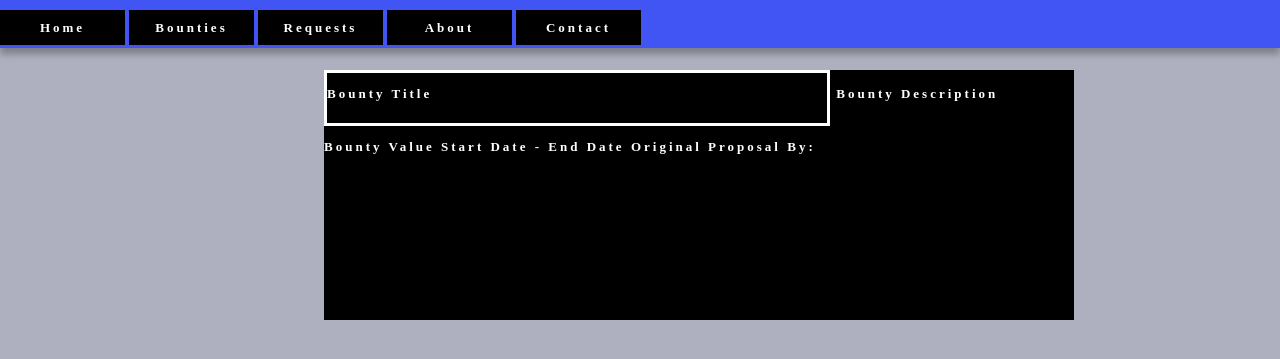
Repository: mailog/Tomorrow
Page: http://localhost/bounties
The author's editor kept a copy of each file at every save. The page is drawn from the files as they stood at one save, then again after the next save.
The browser window is 1280 px wide. The pictures show the whole page.
The page is this project's Thymeleaf template; nobody is signed in. The template is opened directly, without the code that normally fills it, so the values that code supplies are empty.

Above is the page before, as saved 2017-07-27 03:50:51.

After the next save:
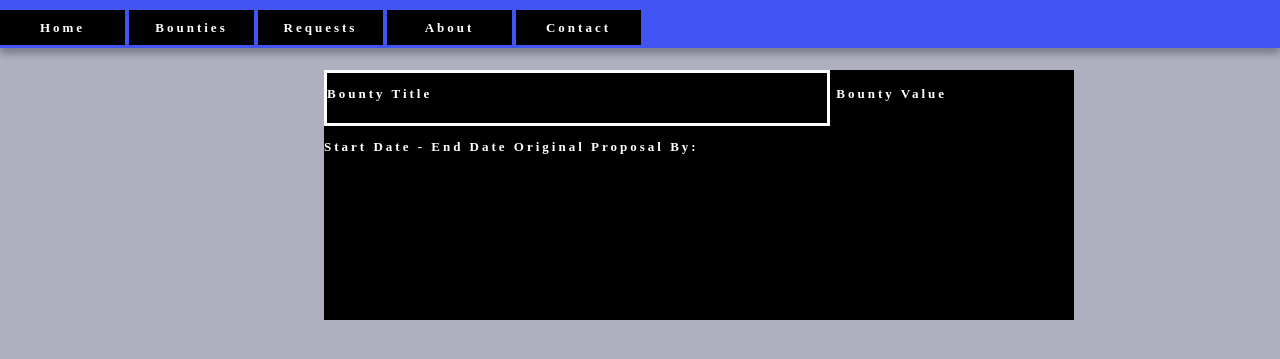
Saved 20 s later.
--- a/Tomorrow/src/main/resources/templates/bounties.html
+++ b/Tomorrow/src/main/resources/templates/bounties.html
@@ -30,9 +30,6 @@
 		<div class = "bounty_title">
 			<p>Bounty Title</p>
 		</div>
-		<div class = "bounty_desc">
-			<p>Bounty Description</p>
-		</div>
 		<div class = "bounty_value">
 			<p>Bounty Value</p>
 		</div>
